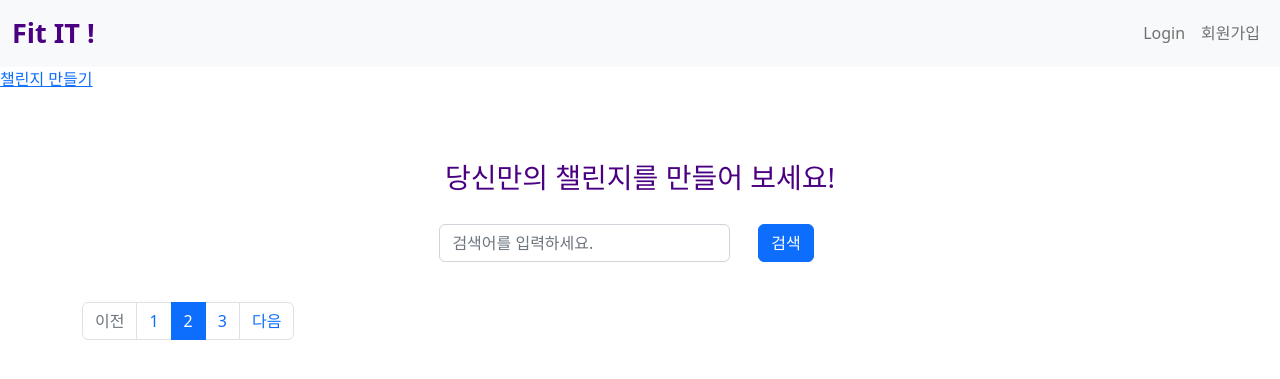
Repository: 4everGirls/Fit-IT-FRONT
Page: /makeChallenge (app in FrontEnd/fit-it/)
These files come from the project's save history. The page is drawn as it stood at one moment and after the next save; the edit follows.
The browser window is 1280 px wide. The pictures show the whole page.
The project was rebuilt for these pictures with package versions that can differ from the ones it lists, and the page was loaded fresh each time. Also part of the build but not shown: FrontEnd/fit-it/vue.config.js, FrontEnd/fit-it/src/views/HomeView.vue, FrontEnd/fit-it/src/components/user/RegistUser.vue, FrontEnd/fit-it/src/components/user/LoginUser.vue.

Above is the page before, as saved 2022-11-20 12:44:33.

### FrontEnd/fit-it/public/index.html
<!DOCTYPE html>
<html lang="">
  <head>
    <meta charset="utf-8" />
    <meta http-equiv="X-UA-Compatible" content="IE=edge" />
    <meta name="viewport" content="width=device-width,initial-scale=1.0" />
    <link rel="icon" href="<%= BASE_URL %>favicon.ico" />
    <link
      href="https://cdn.jsdelivr.net/npm/bootstrap@5.2.2/dist/css/bootstrap.min.css"
      rel="stylesheet"
      integrity="sha384-Zenh87qX5JnK2Jl0vWa8Ck2rdkQ2Bzep5IDxbcnCeuOxjzrPF/et3URy9Bv1WTRi"
      crossorigin="anonymous"
    />
    <script
      src="https://cdn.jsdelivr.net/npm/bootstrap@5.2.2/dist/js/bootstrap.bundle.min.js"
      integrity="sha384-OERcA2EqjJCMA+/3y+gxIOqMEjwtxJY7qPCqsdltbNJuaOe923+mo//f6V8Qbsw3"
      crossorigin="anonymous"
    ></script>
    <title><%= htmlWebpackPlugin.options.title %></title>
  </head>
  <body>
    <noscript>
      <strong
        >We're sorry but <%= htmlWebpackPlugin.options.title %> doesn't work
        properly without JavaScript enabled. Please enable it to
        continue.</strong
      >
    </noscript>
    <div id="app"></div>
    <!-- built files will be auto injected -->
  </body>
</html>

### FrontEnd/fit-it/src/App.vue
<template>
  <div id="app">
    <header-nav/>

    <router-link to="/makeChallenge">챌린지 만들기</router-link>
    <router-view />

  </div>
</template>

<script>
import HeaderNav from "@/components/common/HeaderNav.vue";

export default {
  name: "App",
  components: {
    HeaderNav,
  }
}
</script>

<style>
* {
  margin: 0;
  padding: 0;
  box-sizing: border-box;
  list-style: none;
}

.text-center {
  text-align: center;
}

</style>

### FrontEnd/fit-it/src/router/index.js
import Vue from "vue";
import VueRouter from "vue-router";
import HomeView from "../views/HomeView.vue";
import RegistUser from "@/components/user/RegistUser.vue";
import LoginUser from "@/components/user/LoginUser.vue";
import MakeChallenge from "@/views/MakeChallengeView.vue";

Vue.use(VueRouter);

const routes = [
  {
    path: "/",
    name: "home",
    component: HomeView,
  },
  {
    path: "/login",
    name: "login",
    component: LoginUser,
  },
  {
    path: "/regist",
    name: "regist",
    component: RegistUser,
  },
  {
    path: "/makeChallenge",
    name: "makeChallenge",
    component: MakeChallenge,
  },
];

const router = new VueRouter({
  mode: "history",
  base: process.env.BASE_URL,
  routes,
});

export default router;

### FrontEnd/fit-it/src/store/index.js
import Vue from 'vue'
import Vuex from 'vuex'
import axios from 'axios';
import router from "@/router";
import createPersistedState from "vuex-persistedstate";

Vue.use(Vuex)

const REST_API = `http://localhost:9999`;

export default new Vuex.Store({
  plugins: [createPersistedState()],
  state: {
    loginUser: null,
    videos: [],
    video: null,
  },
  getters: {
  },
  mutations: {
    LOGIN_USER(state, user) {
      state.loginUser = user;
    },
    SEARCH_VIDEO(state, videos) {
      state.videos = videos
    },
  },
  actions: {
    loginUser({ commit }, user) {
      console.log(user);
      const API_URL = `${REST_API}/userApi/login`;
      axios({
        url: API_URL,
        method: "POST",
        data: user,
      })
      .then((res) => {
        if (res.data.message === "success") {
          commit("LOGIN_USER", user);
          sessionStorage.setItem("access-token", res.data["access-token"]);
          router.push({ name: "home" });
        } else {
          alert("로그인에 실패하였습니다.");
        }
      })
      .catch((err) => {
        console.log(err);
      });
    },
    createUser({ commit }, user) {
      const API_URL = `${REST_API}/userApi/signup`;

      axios({
        url: API_URL,
        method: "POST",
        data: user,
      })
      .then((res) => {
        commit;
        res;
        alert("회원 가입이 완료 되었습니다.");
        router.push("/login");
      })
      .catch((err) => {
        console.log(err);
      });
    },
    searchVideo({commit}, keyword) {
      const YOUTUBE_KEY = process.env.VUE_APP_YOUTUBE_API_KEY;
      const API_URL = `https://www.googleapis.com/youtube/v3/search`;
      console.log(keyword);
      axios({
        url: API_URL,
        // method: "GET",
        params: {
          key: YOUTUBE_KEY,
          part: 'snippet',
          q: keyword,
          type: 'video',
          maxResults: 4,
        }
      })
        .then((res) => {
          console.log(res.data.items);
          commit("SEARCH_VIDEO", res.data.items)
        })
        .catch((err) => console.log(err));
    },
  },
  modules: {
  }
})

### FrontEnd/fit-it/src/components/common/HeaderNav.vue
<template>
    <header>
    <!-- 로그인 전 (login, )-->
    <!-- Nav Bar 오른쪽 정렬 -->
    <nav class="navbar navbar-expand-sm bg-light navbar-light">
        <div class="container-fluid">
            <router-link to="/" class="navbar-brand nav-link">Fit IT !</router-link>
            <div class="collapse navbar-collapse justify-content-end" id="collapsibleNavbar">
                <ul class="navbar-nav">
                <li class="nav-item">
                    <router-link to="/login" class="nav-link">Login</router-link>
                </li>
                <li class="nav-item">
                    <router-link to="/regist" class="nav-link">회원가입</router-link>
                </li>
                </ul>
            </div>
        </div>
    </nav>
    </header>
</template>

<script>
export default {
name: "HeaderNav",
};
</script>

<style>
.navbar-brand {
color: indigo;
font-weight: 750;
font-size: 27px;
}
</style>

### FrontEnd/fit-it/src/views/MakeChallengeView.vue
<template>
  <div class="container">
    <!--search-container-->
    <div class="row">
        <search-video></search-video>
        <search-result></search-result>
    </div>
    <!--result form-->
    <div></div>
  </div>
</template>

<script>
import SearchVideo from '@/components/challenge/MakeChallenge/SearchVideo.vue';
import SearchResult from '@/components/challenge/MakeChallenge/SearchResult.vue';

export default {
    name: "MakeChallenge",
    components: {
        SearchVideo,
        SearchResult,
    }
}
</script>

<style>

</style>

### FrontEnd/fit-it/src/components/challenge/MakeChallenge/SearchVideo.vue
<template>
  <div class="container">
    <div class="flex-container">
      <div class="flex-item">
        <h3 class="title">당신만의 챌린지를 만들어 보세요!</h3>
      </div>
      <div class="flex-item">
        <div class="row">
          <div class="col-3"></div>
          <div class="col">
            <form class="d-flex col" role="search">
              <input
                class="form-control me-1"
                type="search"
                placeholder="검색어를 입력하세요."
                aria-label="Search"
                size="70"
                v-on:keydown.enter.prevent="search"
                v-model="keyword"
              />
            </form>
          </div>
          <div class="col">
            <button class="btn btn-primary" type="submit" @click="search">
              검색
            </button>
          </div>
        </div>
      </div>
    </div>
  </div>
</template>

<script>
export default {
  name: "SearchVideo",
  data() {
    return {
      keyword: "",
    };
  },
  methods: {
    search() {
      if (this.keyword !== "") {
        let value = this.keyword && this.keyword.trim();
        this.$store.dispatch("searchVideo", value);
        this.clearInput();
      } else {
        alert("검색어를 입력하세요.");
      }
    },
    clearInput() {
      this.keyword = "";
    },
  },
};
</script>

<style scoped>
.title {
  margin: 30px;
  color: indigo;
  font-weight: 350;
}
.flex-container {
  display: flex;
  justify-content: center;
  align-items: center;
  flex-direction: column;
}
.container {
  padding: 40px;
}
</style>

### FrontEnd/fit-it/src/components/challenge/MakeChallenge/SearchResult.vue
<template>
  <div class="result-container">
    <li v-for="video in videos"
          :key="video.videoId"
          :video="video">
    <div class="list-container column">
      <div class="card" style="width: 18rem">
        <img
          class="card-img-top"
          :src="video.snippet.thumbnails.high.url"
          alt="video-img"
        />
        <div class="card-body">
          <p class="card-text">
            {{ video.snippet.title }}
          </p>
          <button>추가</button>
        </div>
      </div>
    </div>
    </li>
    <!--Pagination-->
    <footer>
      <ul class="pagination">
        <li class="page-item disabled">
          <span class="page-link">이전</span>
        </li>
        <li class="page-item"><a class="page-link" href="#">1</a></li>
        <li class="page-item active" aria-current="page">
          <span class="page-link">2</span>
        </li>
        <li class="page-item"><a class="page-link" href="#">3</a></li>
        <li class="page-item">
          <a class="page-link" href="#">다음</a>
        </li>
      </ul>
    </footer>
  </div>
</template>

<script>
import { mapState } from "vuex";
export default {
  name: "SearchResult",
  computed: {
    ...mapState(["videos", "video"]),
  },
};
</script>

<style></style>

Loaded but not shown: FrontEnd/fit-it/src/main.js (common file)

After the next save:
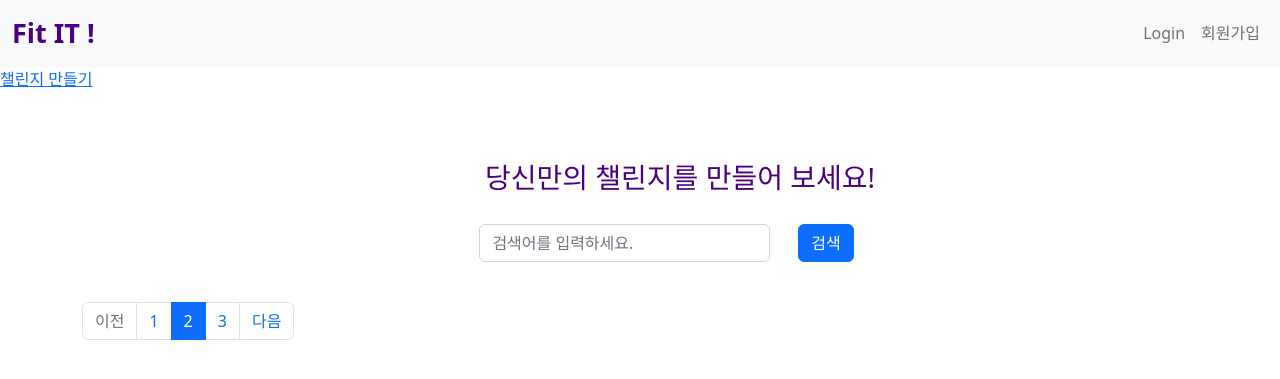
Saved 32 s later.
--- a/FrontEnd/fit-it/src/components/challenge/MakeChallenge/SearchVideo.vue
+++ b/FrontEnd/fit-it/src/components/challenge/MakeChallenge/SearchVideo.vue
@@ -69,6 +69,6 @@ export default {
   flex-direction: column;
 }
 .container {
-  padding: 40px;
+  margin: 40px;
 }
 </style>
